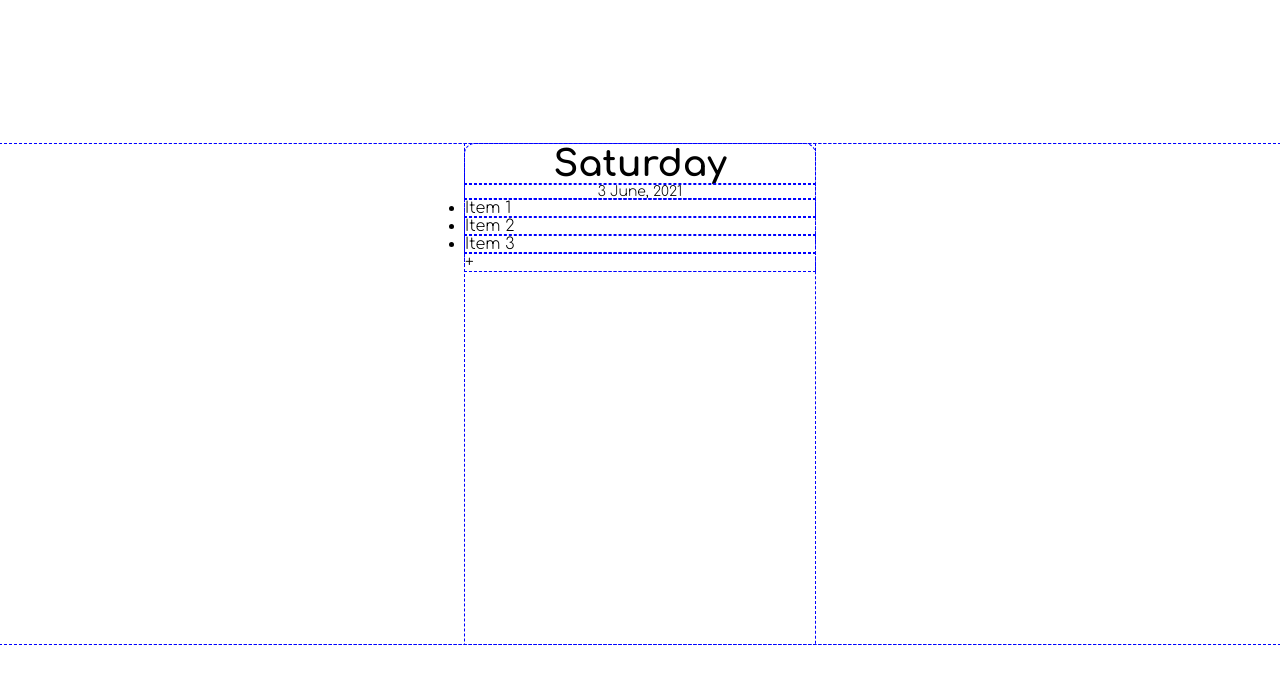
Repository: Colo-Codes/mini-projects
Page: todo-app/index.html
An editor plug-in stored every save of this project. The page is shown before and after the next save, followed by the edit.
The browser window is 1280 px wide. The pictures show the whole page.

Above is the page before, as saved 2021-07-04 11:08:58.

After the next save:
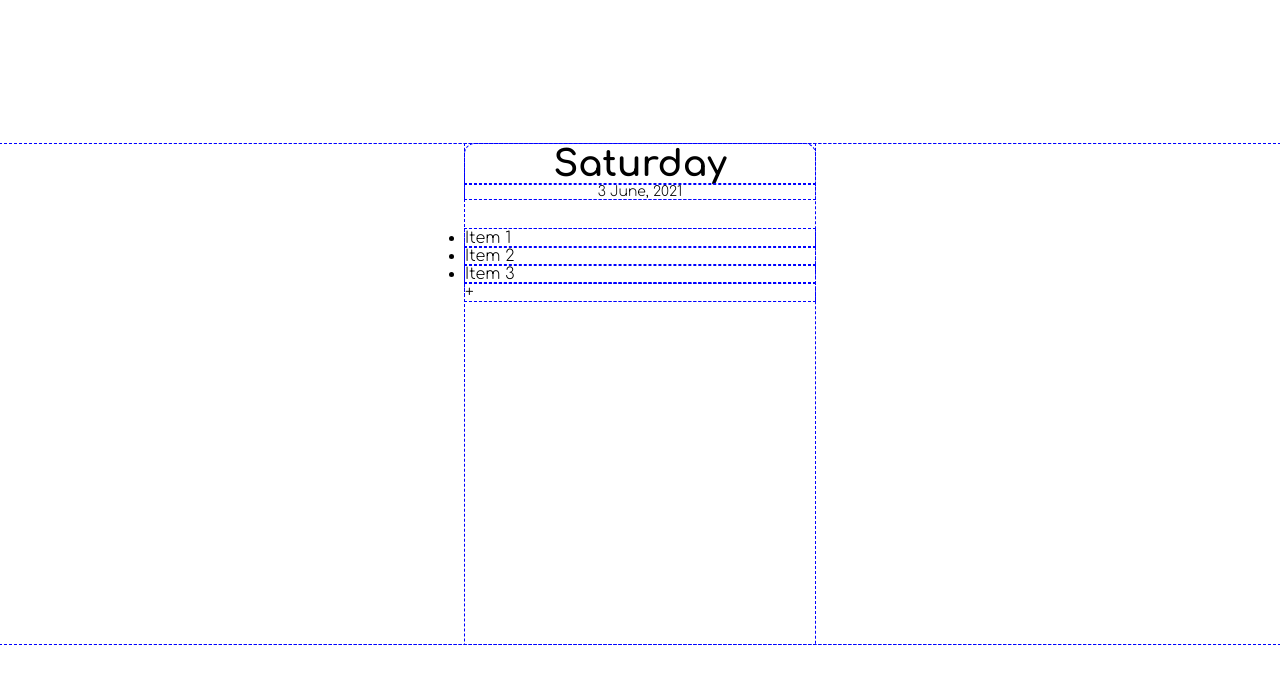
Saved 6 s later.
--- a/todo-app/css/index.css
+++ b/todo-app/css/index.css
@@ -40,5 +40,5 @@ body {
 }
 
 #todo--tasks-list {
-    margin-top: ;
+    margin-top: 1.875rem;
 }
